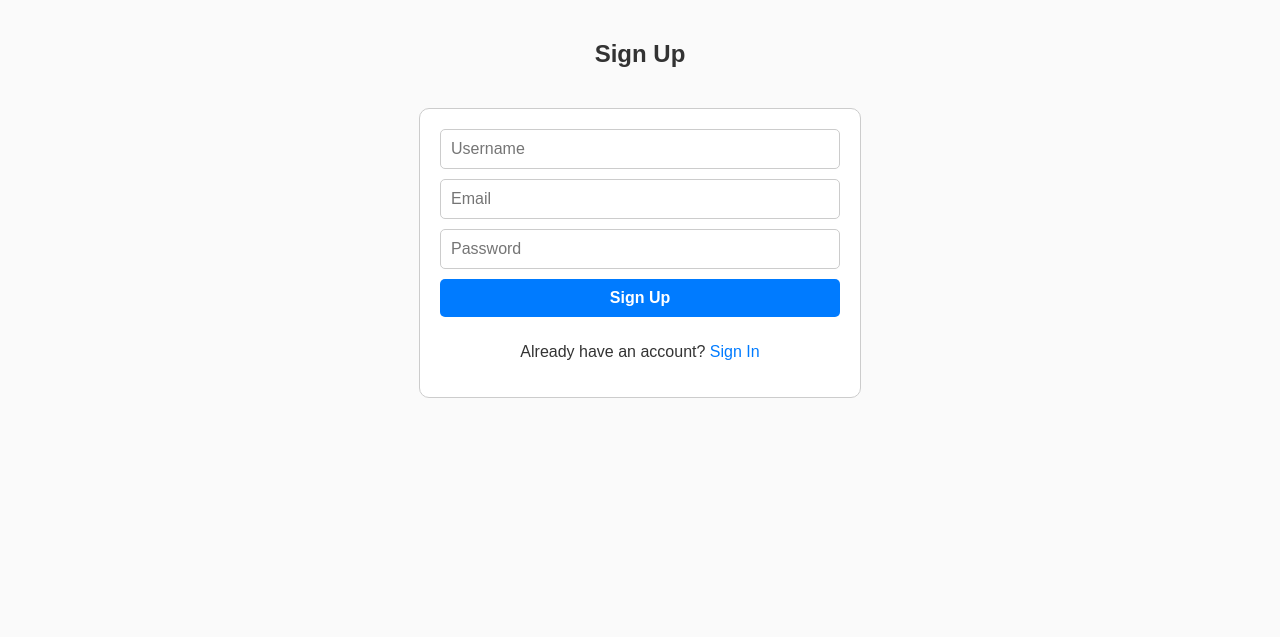
Repository: burhannaseer/CloudClips
Page: signup.html
These files come from the project's save history. The page is drawn as it stood at one moment and after the next save; the edit follows.
The browser window is 1280 px wide. The pictures show the whole page.

Above is the page before, as saved 2025-05-06 02:29:22.

After the next save:
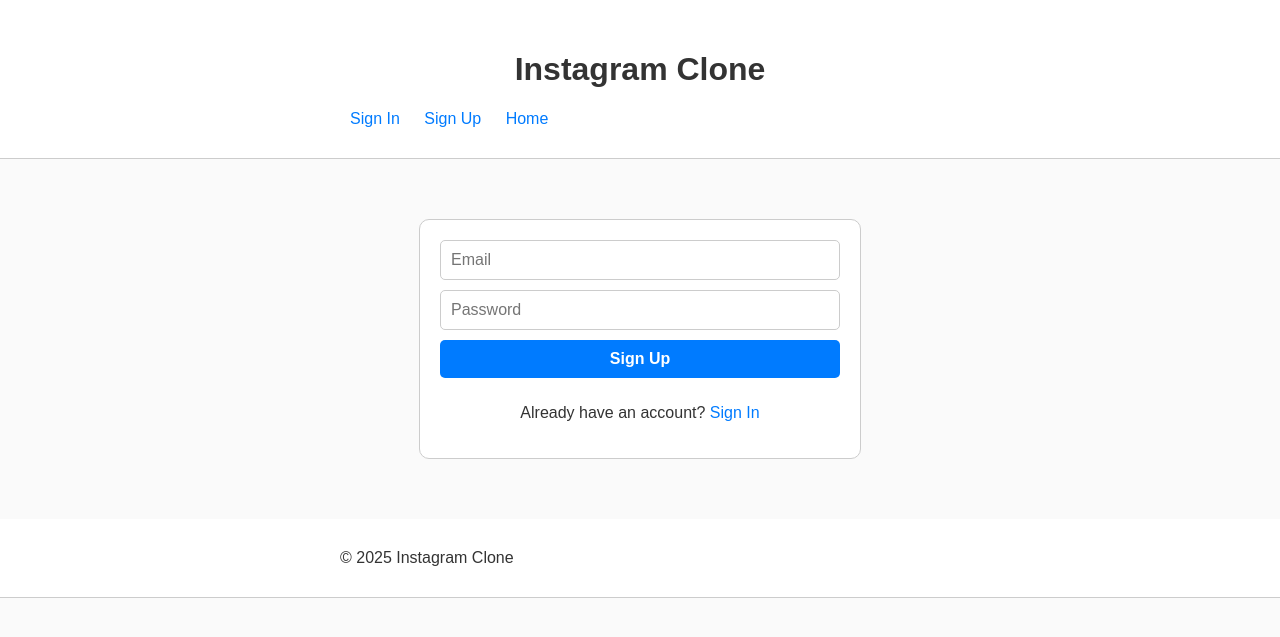
Saved 19 s later.
--- a/signup.html
+++ b/signup.html
@@ -2,32 +2,35 @@
 <html lang="en">
 <head>
   <meta charset="UTF-8">
-  <title>Sign Up</title>
+  <meta name="viewport" content="width=device-width, initial-scale=1.0">
+  <title>Instagram Clone - Sign Up</title>
   <link rel="stylesheet" href="styles.css">
 </head>
 <body>
+  <header>
+    <div class="container">
+      <h1>Instagram Clone</h1>
+      <nav>
+        <a href="signin.html">Sign In</a>
+        <a href="signup.html">Sign Up</a>
+        <a href="index.html">Home</a>
+      </nav>
+    </div>
+  </header>
+
   <main class="container">
-    <h2>Sign Up</h2>
     <form id="signupForm">
-      <input type="text" id="signupUsername" placeholder="Username" required>
-      <input type="email" id="signupEmail" placeholder="Email" required>
-      <input type="password" id="signupPassword" placeholder="Password" required>
+      <input type="email" id="emailInput" placeholder="Email" required />
+      <input type="password" id="passwordInput" placeholder="Password" required />
       <button type="submit">Sign Up</button>
       <p>Already have an account? <a href="signin.html">Sign In</a></p>
     </form>
   </main>
-  <script>
-    document.getElementById('signupForm').addEventListener('submit', function(e) {
-      e.preventDefault();
-      const user = {
-        username: document.getElementById('signupUsername').value,
-        email: document.getElementById('signupEmail').value,
-        password: document.getElementById('signupPassword').value
-      };
-      localStorage.setItem('user', JSON.stringify(user));
-      alert('Account created! Please sign in.');
-      window.location.href = 'signin.html';
-    });
-  </script>
+
+  <footer>
+    <div class="container">&copy; 2025 Instagram Clone</div>
+  </footer>
+
+  <script src="script.js"></script>
 </body>
 </html>
